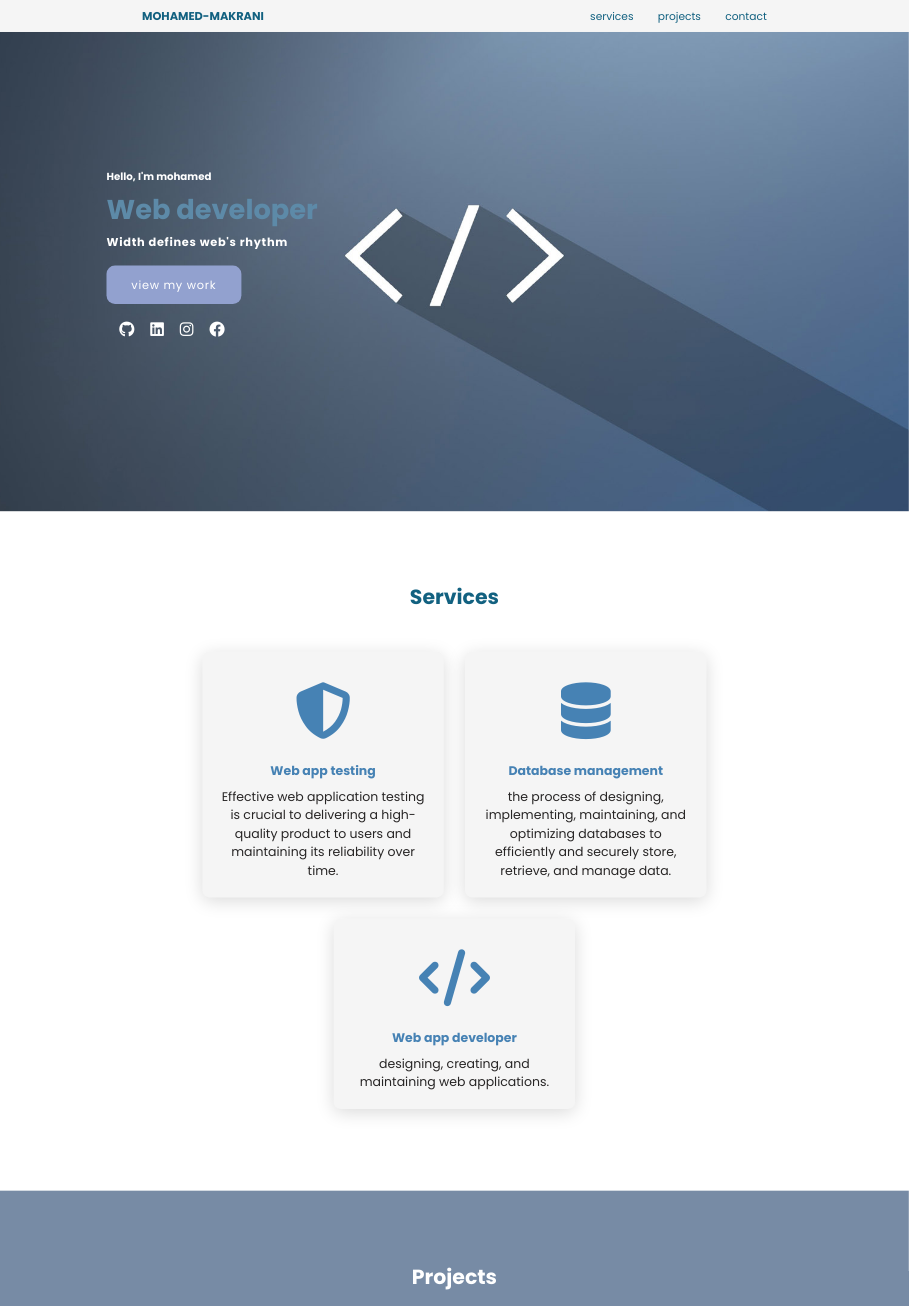
Repository: mohamed-makrani/Portfolio
Page: indixe.html
The author's editor kept a copy of each file at every save. The page is drawn from the files as they stood at one save, then again after the next save.
The browser window is 1280 px wide. The pictures show the part of the page from y = 0 to 1840 px (the page is 2367 px tall), at 71% of full size.
A picture or video elsewhere on the page could not be fetched, so the positions and the page height are approximate. Backgrounds fixed to the window are drawn as part of the page.

Above is the page before, as saved 2023-09-16 23:24:10.

After the next save:
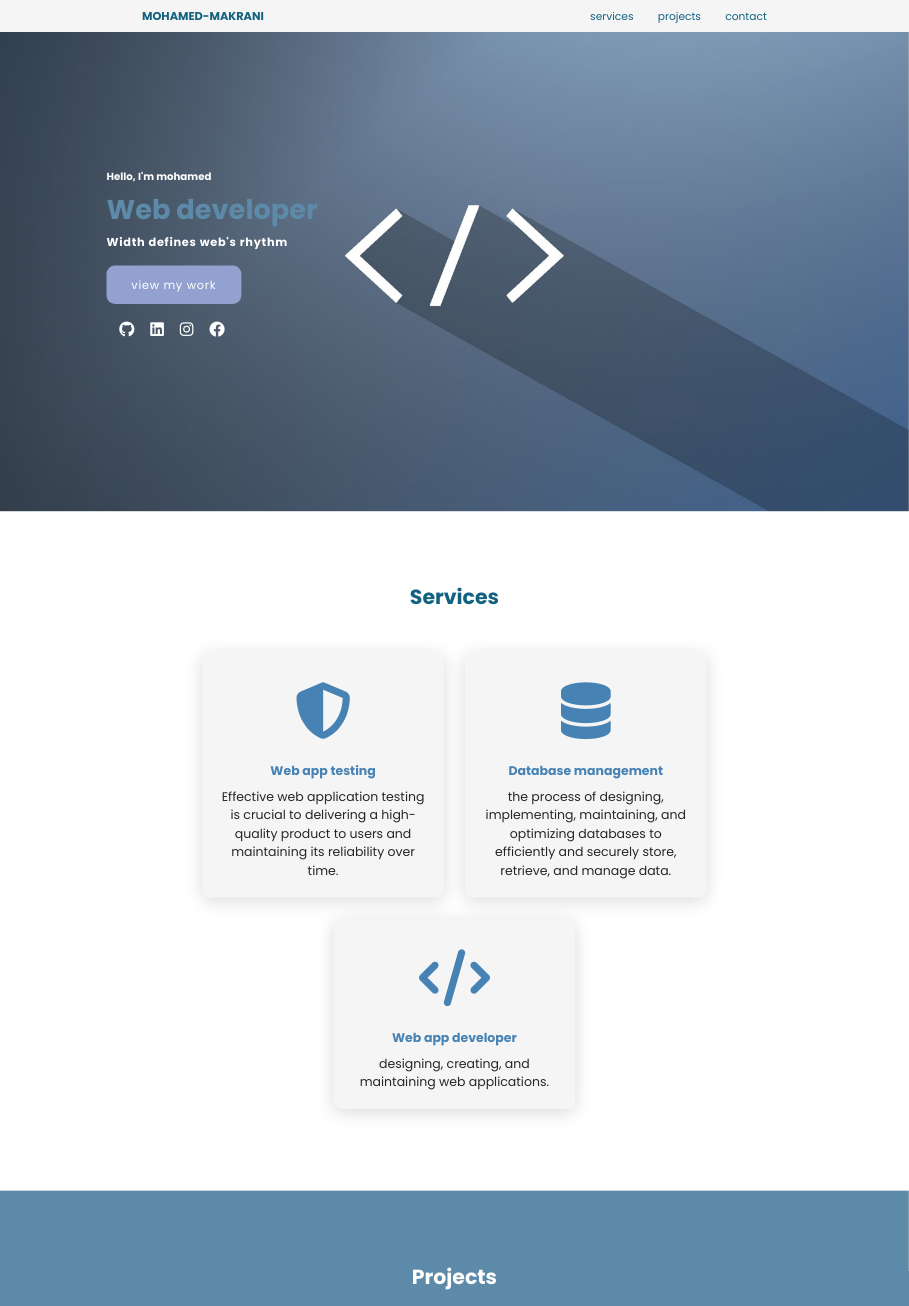
Saved 40 s later.
--- a/style.css
+++ b/style.css
@@ -160,7 +160,7 @@ transition: 0.7s ease;
 
 }
 .Projects{
-   background-color: #778ba5;
+   background-color: #5d8aa8;
 }
 .projec-title{
 
